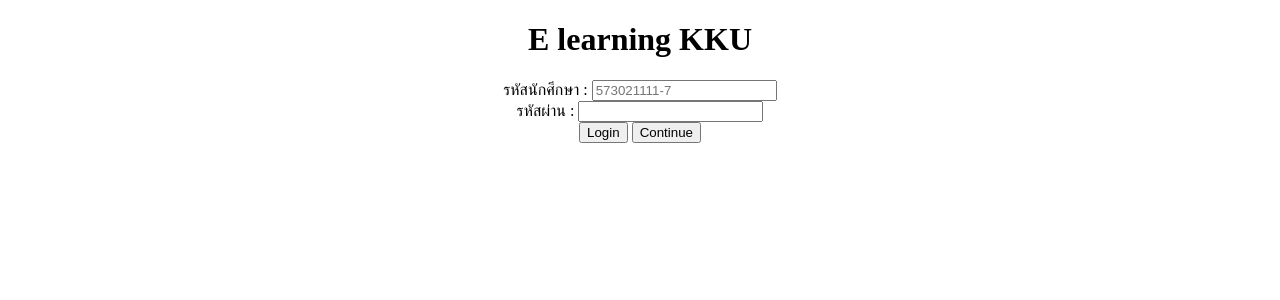
Repository: Wanaratkhamla/LabJavaWeb
Page: http://localhost/TestJoinTable/Login.jsp
These files come from the project's save history. The page is drawn as it stood at one moment and after the next save; the edit follows.
The browser window is 1280 px wide. The pictures show the whole page.
The page is served by Tomcat 9.

Above is the page before, as saved 2017-02-28 18:14:45.

After the next save:
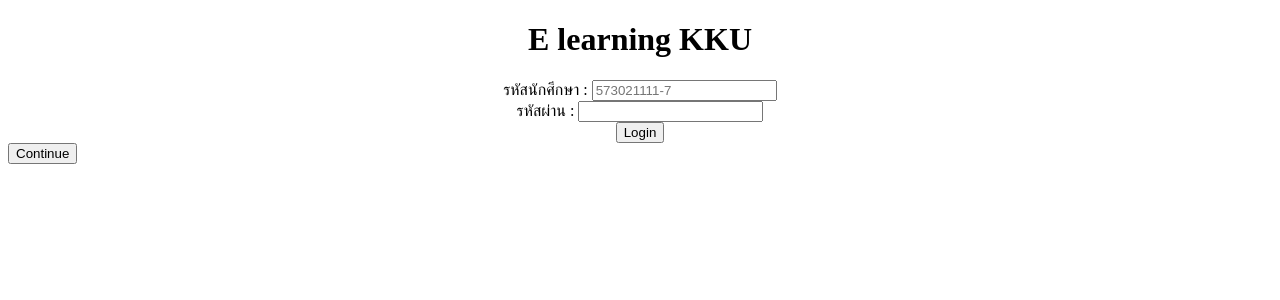
Saved 25 s later.
--- a/TestJoinTable/WebContent/Login.jsp
+++ b/TestJoinTable/WebContent/Login.jsp
@@ -14,8 +14,8 @@
 			รหัสนักศึกษา : <input size="20" type="text" name="SID" placeholder="573021111-7"> <br>
 			รหัสผ่าน : <input size="20" type="password" name="Password"> <br>
 			<button type="submit"> Login </button>
-			<button onclick="window.location.href='Register.jsp'">Continue</button>
 		</form>
 	</div>
+	<button onclick="window.location.href='Register.jsp'">Continue</button>
 </body>
 </html>
